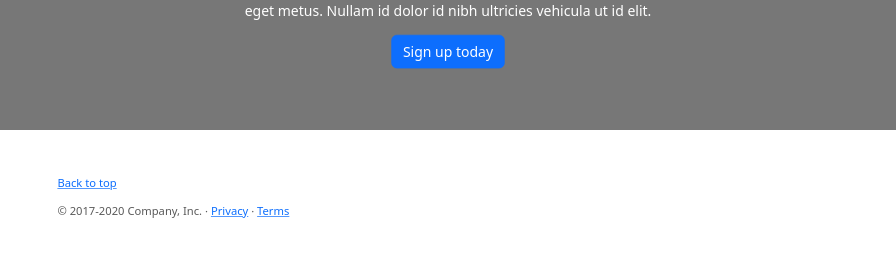
Repository: Coulibaly00180/laboutiquefrancaise
Page: templates/home/index.html.twig
An editor plug-in stored every save of this project. The page is shown before and after the next save, followed by the edit.
The browser window is 1280 px wide. The pictures show the part of the page from y = 374 to 2294 px (the page is 752 px tall before and 3197 px after), at 70% of full size.
The page is a Twig template of a Symfony application; nobody is signed in and links lead nowhere. The template is opened directly, without the code that normally fills it, so the values that code supplies are empty.

Above is the page before, as saved 2023-02-19 15:09:20.

After the next save:
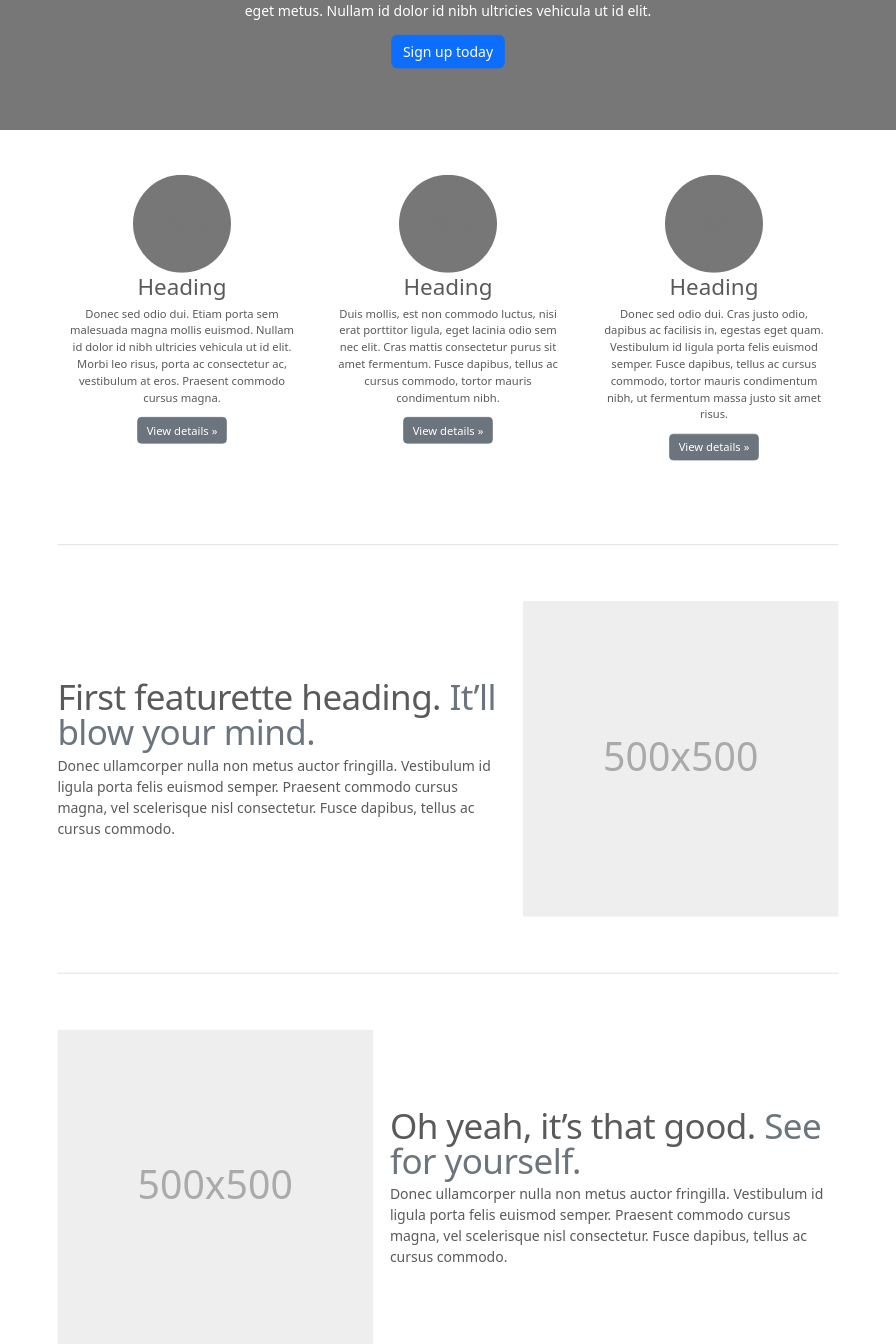
Saved 9 s later.
--- a/templates/home/index.html.twig
+++ b/templates/home/index.html.twig
@@ -1,5 +1,68 @@
 {% extends 'base.html.twig' %}
 
 {% block content %}
+<!-- Three columns of text below the carousel -->
+            <div class="row">
+                <div class="col-lg-4">
+                    <svg class="bd-placeholder-img rounded-circle" width="140" height="140" xmlns="http://www.w3.org/2000/svg" preserveAspectRatio="xMidYMid slice" focusable="false" role="img" aria-label="Placeholder: 140x140"><title>Placeholder</title><rect width="100%" height="100%" fill="#777"/><text x="50%" y="50%" fill="#777" dy=".3em">140x140</text></svg>
+                    <h2>Heading</h2>
+                    <p>Donec sed odio dui. Etiam porta sem malesuada magna mollis euismod. Nullam id dolor id nibh ultricies vehicula ut id elit. Morbi leo risus, porta ac consectetur ac, vestibulum at eros. Praesent commodo cursus magna.</p>
+                    <p><a class="btn btn-secondary" href="#" role="button">View details &raquo;</a></p>
+                </div><!-- /.col-lg-4 -->
+                <div class="col-lg-4">
+                    <svg class="bd-placeholder-img rounded-circle" width="140" height="140" xmlns="http://www.w3.org/2000/svg" preserveAspectRatio="xMidYMid slice" focusable="false" role="img" aria-label="Placeholder: 140x140"><title>Placeholder</title><rect width="100%" height="100%" fill="#777"/><text x="50%" y="50%" fill="#777" dy=".3em">140x140</text></svg>
+                    <h2>Heading</h2>
+                    <p>Duis mollis, est non commodo luctus, nisi erat porttitor ligula, eget lacinia odio sem nec elit. Cras mattis consectetur purus sit amet fermentum. Fusce dapibus, tellus ac cursus commodo, tortor mauris condimentum nibh.</p>
+                    <p><a class="btn btn-secondary" href="#" role="button">View details &raquo;</a></p>
+                </div><!-- /.col-lg-4 -->
+                <div class="col-lg-4">
+                    <svg class="bd-placeholder-img rounded-circle" width="140" height="140" xmlns="http://www.w3.org/2000/svg" preserveAspectRatio="xMidYMid slice" focusable="false" role="img" aria-label="Placeholder: 140x140"><title>Placeholder</title><rect width="100%" height="100%" fill="#777"/><text x="50%" y="50%" fill="#777" dy=".3em">140x140</text></svg>
+                    <h2>Heading</h2>
+                    <p>Donec sed odio dui. Cras justo odio, dapibus ac facilisis in, egestas eget quam. Vestibulum id ligula porta felis euismod semper. Fusce dapibus, tellus ac cursus commodo, tortor mauris condimentum nibh, ut fermentum massa justo sit amet risus.</p>
+                    <p><a class="btn btn-secondary" href="#" role="button">View details &raquo;</a></p>
+                </div><!-- /.col-lg-4 -->
+            </div><!-- /.row -->
 
+
+            <!-- START THE FEATURETTES -->
+
+            <hr class="featurette-divider">
+
+            <div class="row featurette">
+                <div class="col-md-7">
+                    <h2 class="featurette-heading">First featurette heading. <span class="text-muted">It’ll blow your mind.</span></h2>
+                    <p class="lead">Donec ullamcorper nulla non metus auctor fringilla. Vestibulum id ligula porta felis euismod semper. Praesent commodo cursus magna, vel scelerisque nisl consectetur. Fusce dapibus, tellus ac cursus commodo.</p>
+                </div>
+                <div class="col-md-5">
+                    <svg class="bd-placeholder-img bd-placeholder-img-lg featurette-image img-fluid mx-auto" width="500" height="500" xmlns="http://www.w3.org/2000/svg" preserveAspectRatio="xMidYMid slice" focusable="false" role="img" aria-label="Placeholder: 500x500"><title>Placeholder</title><rect width="100%" height="100%" fill="#eee"/><text x="50%" y="50%" fill="#aaa" dy=".3em">500x500</text></svg>
+                </div>
+            </div>
+
+            <hr class="featurette-divider">
+
+            <div class="row featurette">
+                <div class="col-md-7 order-md-2">
+                    <h2 class="featurette-heading">Oh yeah, it’s that good. <span class="text-muted">See for yourself.</span></h2>
+                    <p class="lead">Donec ullamcorper nulla non metus auctor fringilla. Vestibulum id ligula porta felis euismod semper. Praesent commodo cursus magna, vel scelerisque nisl consectetur. Fusce dapibus, tellus ac cursus commodo.</p>
+                </div>
+                <div class="col-md-5 order-md-1">
+                    <svg class="bd-placeholder-img bd-placeholder-img-lg featurette-image img-fluid mx-auto" width="500" height="500" xmlns="http://www.w3.org/2000/svg" preserveAspectRatio="xMidYMid slice" focusable="false" role="img" aria-label="Placeholder: 500x500"><title>Placeholder</title><rect width="100%" height="100%" fill="#eee"/><text x="50%" y="50%" fill="#aaa" dy=".3em">500x500</text></svg>
+                </div>
+            </div>
+
+            <hr class="featurette-divider">
+
+            <div class="row featurette">
+                <div class="col-md-7">
+                    <h2 class="featurette-heading">And lastly, this one. <span class="text-muted">Checkmate.</span></h2>
+                    <p class="lead">Donec ullamcorper nulla non metus auctor fringilla. Vestibulum id ligula porta felis euismod semper. Praesent commodo cursus magna, vel scelerisque nisl consectetur. Fusce dapibus, tellus ac cursus commodo.</p>
+                </div>
+                <div class="col-md-5">
+                    <svg class="bd-placeholder-img bd-placeholder-img-lg featurette-image img-fluid mx-auto" width="500" height="500" xmlns="http://www.w3.org/2000/svg" preserveAspectRatio="xMidYMid slice" focusable="false" role="img" aria-label="Placeholder: 500x500"><title>Placeholder</title><rect width="100%" height="100%" fill="#eee"/><text x="50%" y="50%" fill="#aaa" dy=".3em">500x500</text></svg>
+                </div>
+            </div>
+
+            <hr class="featurette-divider">
+
+            <!-- /END THE FEATURETTES -->
 {% endblock %}
